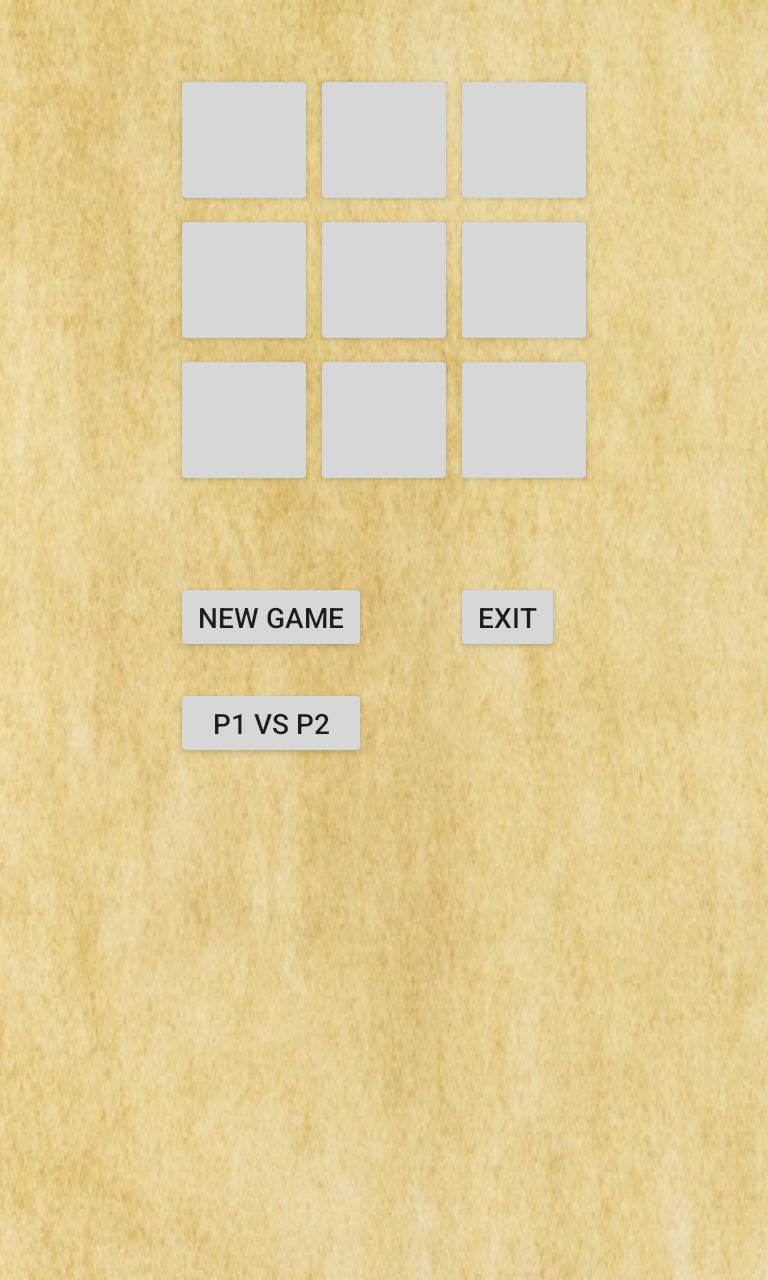
Repository: dtakiy/jogovelha
Layout: games/res/layout/activity_main.xml
An editor plug-in stored every save of this project. The layout is shown before and after the next save, followed by the edit.
It is drawn on a 768 x 1280 px phone screen (xhdpi) without system bars, with theme AppTheme; the app's code is not run.

Above is the layout before, as saved 2014-09-18 01:04:32.

### games/res/layout/activity_main.xml
<RelativeLayout xmlns:android="http://schemas.android.com/apk/res/android"
    xmlns:tools="http://schemas.android.com/tools"
    android:layout_width="fill_parent"
    android:layout_height="fill_parent"
    android:background="@drawable/background"
    android:paddingBottom="@dimen/activity_vertical_margin"
    android:paddingLeft="@dimen/activity_horizontal_margin"
    android:paddingRight="@dimen/activity_horizontal_margin"
    android:paddingTop="@dimen/activity_vertical_margin"
    tools:context="com.example.games.MainActivity" >


	<Button
	    android:id="@+id/quadrado6"
	    android:layout_width="wrap_content"
	    android:layout_height="wrap_content"
	    android:layout_alignBaseline="@+id/quadrado5"
	    android:layout_alignBottom="@+id/quadrado5"
	    android:layout_toRightOf="@+id/quadrado5"
	    android:minHeight="70dip"
	    android:minWidth="70dip" />

	<Button
	    android:id="@+id/quadrado8"
	    android:layout_width="wrap_content"
	    android:layout_height="wrap_content"
	    android:layout_alignBaseline="@+id/quadrado7"
	    android:layout_alignBottom="@+id/quadrado7"
	    android:layout_toRightOf="@+id/quadrado4"
	    android:minHeight="70dip"
	    android:minWidth="70dip" />

	<Button
	    android:id="@+id/quadrado3"
	    android:layout_width="wrap_content"
	    android:layout_height="wrap_content"
	    android:layout_alignLeft="@+id/quadrado9"
	    android:layout_below="@+id/quadrado5"
	    android:minHeight="70dip"
	    android:minWidth="70dip" />

	<Button
	    android:id="@+id/quadrado5"
	    android:layout_width="wrap_content"
	    android:layout_height="wrap_content"
	    android:layout_below="@+id/quadrado1"
	    android:layout_toRightOf="@+id/quadrado1"
	    android:minHeight="70dip"
	    android:minWidth="70dip" />

	<Button
	    android:id="@+id/quadrado2"
	    android:layout_width="wrap_content"
	    android:layout_height="wrap_content"
	    android:layout_alignBaseline="@+id/quadrado9"
	    android:layout_alignBottom="@+id/quadrado9"
	    android:layout_centerHorizontal="true"
	    android:minHeight="70dip"
	    android:minWidth="70dip" />

	<Button
	    android:id="@+id/quadrado1"
	    android:layout_width="wrap_content"
	    android:layout_height="wrap_content"
	    android:layout_alignBaseline="@+id/quadrado2"
	    android:layout_alignBottom="@+id/quadrado2"
	    android:layout_toLeftOf="@+id/quadrado2"
	    android:minHeight="70dip"
	    android:minWidth="70dip" />

	<Button
	    android:id="@+id/quadrado9"
	    android:layout_width="wrap_content"
	    android:layout_height="wrap_content"
	    android:layout_alignTop="@+id/camporesultado"
	    android:layout_marginTop="19dp"
	    android:layout_toRightOf="@+id/quadrado2"
	    android:minHeight="70dip"
	    android:minWidth="70dip" />

	<Button
	    android:id="@+id/quadrado4"
	    android:layout_width="wrap_content"
	    android:layout_height="wrap_content"
	    android:layout_above="@+id/quadrado3"
	    android:layout_toLeftOf="@+id/quadrado5"
	    android:minHeight="70dip"
	    android:minWidth="70dip" />

	<Button
	    android:id="@+id/quadrado7"
	    android:layout_width="wrap_content"
	    android:layout_height="wrap_content"
	    android:layout_alignBaseline="@+id/quadrado3"
	    android:layout_alignBottom="@+id/quadrado3"
	    android:layout_toLeftOf="@+id/quadrado8"
	    android:minHeight="70dip"
	    android:minWidth="70dip" />

		<Button
		    android:id="@+id/newgame"
		    android:layout_width="wrap_content"
		    android:layout_height="wrap_content"
		    android:layout_alignBaseline="@+id/sair"
		    android:layout_alignBottom="@+id/sair"
		    android:layout_alignLeft="@+id/quadrado7"
		    android:minHeight="20dip"
		    android:minWidth="20dip"
		    android:text="@string/newgame" />

		<Button
		    android:id="@+id/sair"
		    android:layout_width="wrap_content"
		    android:layout_height="wrap_content"
		    android:layout_alignLeft="@+id/quadrado3"
		    android:layout_below="@+id/quadrado3"
		    android:layout_marginTop="44dp"
		    android:minHeight="20dip"
		    android:minWidth="20dip"
		    android:text="@string/sair" />

	  <Button
	      android:id="@+id/p1"
	      android:layout_width="wrap_content"
	      android:layout_height="wrap_content"
	      android:layout_alignLeft="@+id/newgame"
	      android:layout_alignRight="@+id/newgame"
	      android:layout_below="@+id/newgame"
	      android:layout_marginTop="14dp"
	      android:minHeight="20dip"
	      android:minWidth="20dip"
	      android:text="@string/p1" />

</RelativeLayout>

### games/res/values/strings.xml
<?xml version="1.0" encoding="utf-8"?>
<resources>

    <string name="app_name">Tic Tac Game</string>
    <string name="hello_world">Welcome to Tic Tac Game</string>
    <string name="action_settings">Settings</string>
    <string name="sair">Exit</string>
    <string name="newgame">New Game</string>
    <string name="p1">P1 Vs P2</string>

</resources>

Loaded but not shown: games/res/values/styles.xml (common file); games/res/values-v11/styles.xml (common file); games/res/values-v14/styles.xml (common file); games/res/values/dimens.xml (common file); games/res/values-w820dp/dimens.xml (common file)

After the next save:
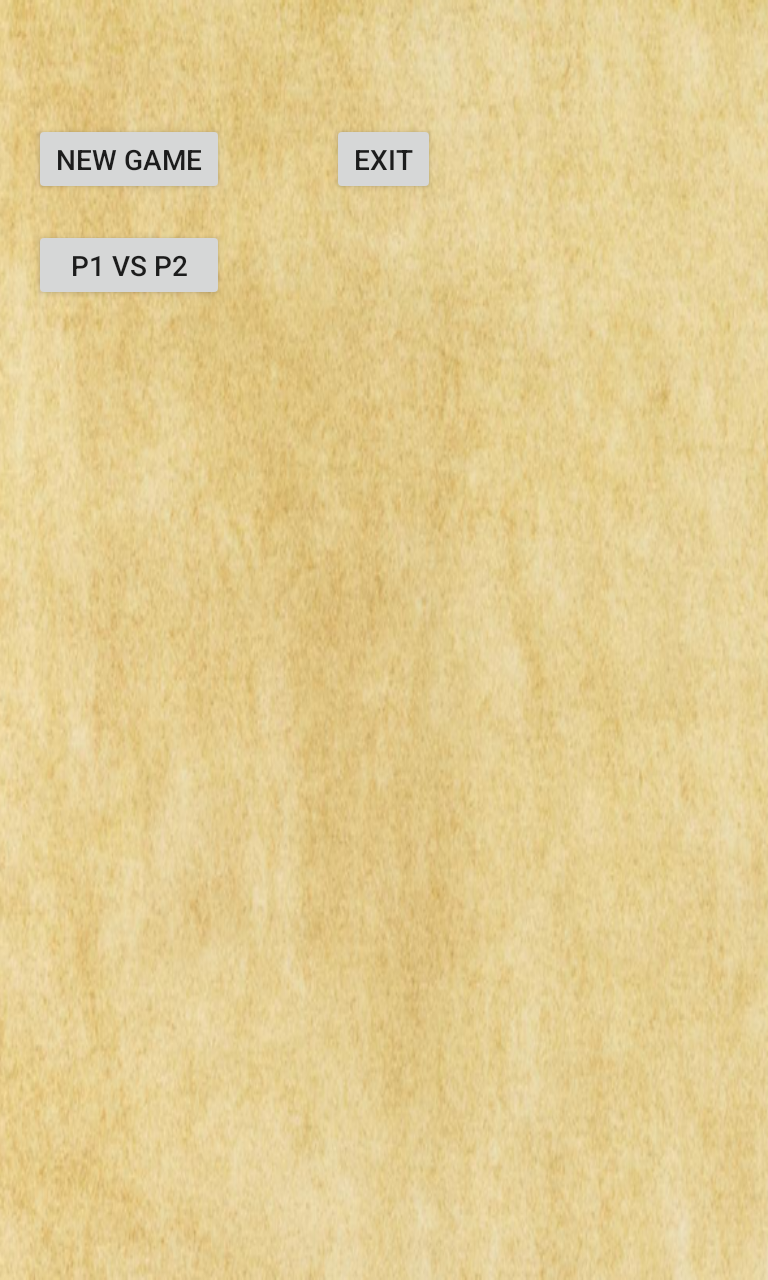
Saved 31 s later.
--- a/games/res/layout/activity_main.xml
+++ b/games/res/layout/activity_main.xml
@@ -9,126 +9,37 @@
     android:paddingTop="@dimen/activity_vertical_margin"
     tools:context="com.example.games.MainActivity" >
 
+    <Button
+        android:id="@+id/newgame"
+        android:layout_width="wrap_content"
+        android:layout_height="wrap_content"
+        android:layout_alignBaseline="@+id/sair"
+        android:layout_alignBottom="@+id/sair"
+        android:minHeight="20dip"
+        android:minWidth="20dip"
+        android:text="@string/newgame" />
 
-	<Button
-	    android:id="@+id/quadrado6"
-	    android:layout_width="wrap_content"
-	    android:layout_height="wrap_content"
-	    android:layout_alignBaseline="@+id/quadrado5"
-	    android:layout_alignBottom="@+id/quadrado5"
-	    android:layout_toRightOf="@+id/quadrado5"
-	    android:minHeight="70dip"
-	    android:minWidth="70dip" />
+    <Button
+        android:id="@+id/sair"
+        android:layout_width="wrap_content"
+        android:layout_height="wrap_content"
+        android:layout_alignTop="@+id/camporesultado"
+        android:layout_centerHorizontal="true"
+        android:layout_marginTop="44dp"
+        android:minHeight="20dip"
+        android:minWidth="20dip"
+        android:text="@string/sair" />
 
-	<Button
-	    android:id="@+id/quadrado8"
-	    android:layout_width="wrap_content"
-	    android:layout_height="wrap_content"
-	    android:layout_alignBaseline="@+id/quadrado7"
-	    android:layout_alignBottom="@+id/quadrado7"
-	    android:layout_toRightOf="@+id/quadrado4"
-	    android:minHeight="70dip"
-	    android:minWidth="70dip" />
-
-	<Button
-	    android:id="@+id/quadrado3"
-	    android:layout_width="wrap_content"
-	    android:layout_height="wrap_content"
-	    android:layout_alignLeft="@+id/quadrado9"
-	    android:layout_below="@+id/quadrado5"
-	    android:minHeight="70dip"
-	    android:minWidth="70dip" />
-
-	<Button
-	    android:id="@+id/quadrado5"
-	    android:layout_width="wrap_content"
-	    android:layout_height="wrap_content"
-	    android:layout_below="@+id/quadrado1"
-	    android:layout_toRightOf="@+id/quadrado1"
-	    android:minHeight="70dip"
-	    android:minWidth="70dip" />
-
-	<Button
-	    android:id="@+id/quadrado2"
-	    android:layout_width="wrap_content"
-	    android:layout_height="wrap_content"
-	    android:layout_alignBaseline="@+id/quadrado9"
-	    android:layout_alignBottom="@+id/quadrado9"
-	    android:layout_centerHorizontal="true"
-	    android:minHeight="70dip"
-	    android:minWidth="70dip" />
-
-	<Button
-	    android:id="@+id/quadrado1"
-	    android:layout_width="wrap_content"
-	    android:layout_height="wrap_content"
-	    android:layout_alignBaseline="@+id/quadrado2"
-	    android:layout_alignBottom="@+id/quadrado2"
-	    android:layout_toLeftOf="@+id/quadrado2"
-	    android:minHeight="70dip"
-	    android:minWidth="70dip" />
-
-	<Button
-	    android:id="@+id/quadrado9"
-	    android:layout_width="wrap_content"
-	    android:layout_height="wrap_content"
-	    android:layout_alignTop="@+id/camporesultado"
-	    android:layout_marginTop="19dp"
-	    android:layout_toRightOf="@+id/quadrado2"
-	    android:minHeight="70dip"
-	    android:minWidth="70dip" />
-
-	<Button
-	    android:id="@+id/quadrado4"
-	    android:layout_width="wrap_content"
-	    android:layout_height="wrap_content"
-	    android:layout_above="@+id/quadrado3"
-	    android:layout_toLeftOf="@+id/quadrado5"
-	    android:minHeight="70dip"
-	    android:minWidth="70dip" />
-
-	<Button
-	    android:id="@+id/quadrado7"
-	    android:layout_width="wrap_content"
-	    android:layout_height="wrap_content"
-	    android:layout_alignBaseline="@+id/quadrado3"
-	    android:layout_alignBottom="@+id/quadrado3"
-	    android:layout_toLeftOf="@+id/quadrado8"
-	    android:minHeight="70dip"
-	    android:minWidth="70dip" />
-
-		<Button
-		    android:id="@+id/newgame"
-		    android:layout_width="wrap_content"
-		    android:layout_height="wrap_content"
-		    android:layout_alignBaseline="@+id/sair"
-		    android:layout_alignBottom="@+id/sair"
-		    android:layout_alignLeft="@+id/quadrado7"
-		    android:minHeight="20dip"
-		    android:minWidth="20dip"
-		    android:text="@string/newgame" />
-
-		<Button
-		    android:id="@+id/sair"
-		    android:layout_width="wrap_content"
-		    android:layout_height="wrap_content"
-		    android:layout_alignLeft="@+id/quadrado3"
-		    android:layout_below="@+id/quadrado3"
-		    android:layout_marginTop="44dp"
-		    android:minHeight="20dip"
-		    android:minWidth="20dip"
-		    android:text="@string/sair" />
-
-	  <Button
-	      android:id="@+id/p1"
-	      android:layout_width="wrap_content"
-	      android:layout_height="wrap_content"
-	      android:layout_alignLeft="@+id/newgame"
-	      android:layout_alignRight="@+id/newgame"
-	      android:layout_below="@+id/newgame"
-	      android:layout_marginTop="14dp"
-	      android:minHeight="20dip"
-	      android:minWidth="20dip"
-	      android:text="@string/p1" />
+    <Button
+        android:id="@+id/p1"
+        android:layout_width="wrap_content"
+        android:layout_height="wrap_content"
+        android:layout_alignLeft="@+id/newgame"
+        android:layout_alignRight="@+id/newgame"
+        android:layout_below="@+id/newgame"
+        android:layout_marginTop="14dp"
+        android:minHeight="20dip"
+        android:minWidth="20dip"
+        android:text="@string/p1" />
 
 </RelativeLayout>
